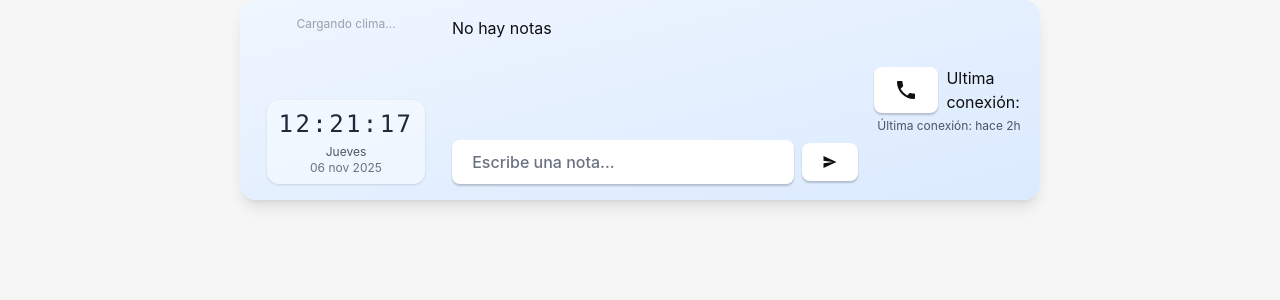
Repository: CodeByEvans/my-romantic-widget
Page: /
An editor plug-in stored every save of this project. The page is shown before and after a run of saves, followed by the edit.
The browser window is 1280 px wide. The pictures show the whole page.
The page's requests for data from a server got no answer. The project was rebuilt for these pictures with package versions that can differ from the ones it lists, and the page was loaded fresh each time. No one was signed in, and anything a server would have sent is missing. Also part of the build but not shown: vite.config.ts.

Above is the page before, as saved 2025-11-06 12:47:22.

### src/App.tsx
import "./App.css";
import { Clock } from "./components/Clock";
import { WeatherWidget } from "./components/WeatherWidget";
import { NotesList } from "./components/NotesList";
import { NoteInput } from "./components/NoteInput";
import { CallButton } from "./components/CallButton";

function App() {
  return (
    <main className="w-[800px] h-[200px] mx-auto flex items-center justify-between gap-4 bg-gradient-to-br from-blue-50 to-blue-100 rounded-2xl shadow-lg p-4 backdrop-blur-md">
      {/* Clima y reloj */}
      <section className="flex flex-col justify-between items-center h-full w-[180px]">
        <WeatherWidget />
        <Clock />
      </section>

      {/* Notas + input */}
      <section className="flex flex-col justify-between h-full flex-1">
        <NotesList />
        <NoteInput />
      </section>

      {/* Botón de llamada */}
      <section className="flex flex-col justify-center items-center h-full w-[150px]">
        <CallButton />
        <p className="text-xs text-gray-600 mt-1">Última conexión: hace 2h</p>
      </section>
    </main>
  );
}

export default App;

### src/App.css
@import "tailwindcss";

.logo.vite:hover {
  filter: drop-shadow(0 0 2em #747bff);
}

.logo.react:hover {
  filter: drop-shadow(0 0 2em #61dafb);
}
:root {
  font-family: Inter, Avenir, Helvetica, Arial, sans-serif;
  font-size: 16px;
  line-height: 24px;
  font-weight: 400;

  color: #0f0f0f;
  background-color: #f6f6f6;

  font-synthesis: none;
  text-rendering: optimizeLegibility;
  -webkit-font-smoothing: antialiased;
  -moz-osx-font-smoothing: grayscale;
  -webkit-text-size-adjust: 100%;
}

.container {
  margin: 0;
  padding-top: 10vh;
  display: flex;
  flex-direction: column;
  justify-content: center;
  text-align: center;
}

.logo {
  height: 6em;
  padding: 1.5em;
  will-change: filter;
  transition: 0.75s;
}

.logo.tauri:hover {
  filter: drop-shadow(0 0 2em #24c8db);
}

.row {
  display: flex;
  justify-content: center;
}

a {
  font-weight: 500;
  color: #646cff;
  text-decoration: inherit;
}

a:hover {
  color: #535bf2;
}

h1 {
  text-align: center;
}

input,
button {
  border-radius: 8px;
  border: 1px solid transparent;
  padding: 0.6em 1.2em;
  font-size: 1em;
  font-weight: 500;
  font-family: inherit;
  color: #0f0f0f;
  background-color: #ffffff;
  transition: border-color 0.25s;
  box-shadow: 0 2px 2px rgba(0, 0, 0, 0.2);
}

button {
  cursor: pointer;
}

button:hover {
  border-color: #396cd8;
}
button:active {
  border-color: #396cd8;
  background-color: #e8e8e8;
}

input,
button {
  outline: none;
}

#greet-input {
  margin-right: 5px;
}

@media (prefers-color-scheme: dark) {
  :root {
    color: #f6f6f6;
    background-color: #2f2f2f;
  }

  a:hover {
    color: #24c8db;
  }

  input,
  button {
    color: #ffffff;
    background-color: #0f0f0f98;
  }
  button:active {
    background-color: #0f0f0f69;
  }
}

### src/components/Clock.tsx
import { useEffect, useState } from "react";

export const Clock = () => {
  const [time, setTime] = useState(new Date());

  useEffect(() => {
    const interval = setInterval(() => {
      setTime(new Date());
    }, 1000);
    return () => clearInterval(interval);
  }, []);

  const hours = time.getHours().toString().padStart(2, "0");
  const minutes = time.getMinutes().toString().padStart(2, "0");
  const seconds = time.getSeconds().toString().padStart(2, "0");

  const day = time.toLocaleDateString("es-ES", { weekday: "long" });
  const date = time.toLocaleDateString("es-ES", {
    day: "2-digit",
    month: "short",
    year: "numeric",
  });

  return (
    <div className="bg-white/40 rounded-xl shadow-sm px-3 py-2 flex flex-col items-center justify-center">
      <p className="text-2xl font-mono tracking-widest text-gray-800">
        {hours}:{minutes}:{seconds}
      </p>
      <p className="text-xs text-gray-600 mt-1 capitalize">{day}</p>
      <p className="text-xs text-gray-500">{date}</p>
    </div>
  );
};

### src/components/WeatherWidget.tsx
import { useWeather } from "../hooks/useWeather";

export const WeatherWidget = () => {
  const { data, loading, errorWeather } = useWeather();

  if (errorWeather)
    return <div className="text-xs text-red-400">{errorWeather}</div>;
  if (loading || !data)
    return <div className="text-xs text-gray-400">Cargando clima...</div>;

  const [city, info] = Object.entries(data)[0] || [];
  const temp = Math.round(info.main.temp);

  return (
    <div className="flex flex-col items-center justify-center bg-white/40 rounded-xl shadow-sm px-3 py-2">
      <h2 className="text-xs font-semibold text-gray-700">{city}</h2>
      <p className="text-2xl font-bold text-gray-800">{temp}°C</p>
    </div>
  );
};

### src/components/NotesList.tsx
import { useRealTimeNotes } from "../hooks/useRealTimeNotes";

export const NotesList = () => {
  const notes = useRealTimeNotes();

  const sortedNotes = [...notes].sort(
    (a, b) =>
      new Date(b.created_at).getTime() - new Date(a.created_at).getTime()
  );

  const noteToShow = sortedNotes[0];

  if (!noteToShow) return <div>No hay notas</div>;

  return (
    <div className="flex flex-col gap-4  overflow-y-auto w-max min-w-[200px] max-w-md p-4 bg-white bg-opacity-30 backdrop-blur-md rounded-xl">
      <div>
        <div className="flex justify-between items-center mb-1">
          <h3 className="font-bold text-lg text-left text-gray-500">
            {noteToShow.from}
          </h3>
          <small className="text-xs text-right text-gray-400">
            {new Date(noteToShow.created_at).toLocaleString()}
          </small>
        </div>
        <p className="text-left text-gray-500">{noteToShow.message}</p>
      </div>
    </div>
  );
};

### src/components/NoteInput.tsx
import { IoMdSend } from "react-icons/io";

export const NoteInput = () => {
  return (
    <form className="flex items-center gap-2 mt-2">
      <input
        type="text"
        placeholder="Escribe una nota..."
        className="flex-1 text-sm px-2 py-1 rounded-lg bg-white/20 text-gray-800 placeholder-gray-500 focus:outline-none"
      />
      <button
        type="submit"
        className="p-2 bg-blue-500 rounded-full text-white hover:bg-blue-600"
      >
        <IoMdSend size={16} />
      </button>
    </form>
  );
};

### src/components/CallButton.tsx
import { IoMdCall } from "react-icons/io";

export const CallButton = () => {
  return (
    <div className="flex flex-raw items-center gap-2">
      <button className="p-2 bg-blue-500 rounded-full text-white hover:bg-blue-600">
        <IoMdCall size={24} />
      </button>
      <p>Ultima conexión: </p>
    </div>
  );
};

export default CallButton;

### src/hooks/useWeather.ts
import { useEffect, useState } from "react";
import {
  getCityByCoordinates,
  getWeatherByCity,
} from "../services/weatherService";
import { WeatherData } from "../types/weather";
import { useGeolocation } from "./useGeolocation";

export const useWeather = () => {
  const { coords, error } = useGeolocation();
  const [data, setData] = useState<Record<string, WeatherData> | null>(null);
  const [loading, setLoading] = useState<boolean>(false);
  const [errorWeather, setErrorWeather] = useState<string | null>(null);

  useEffect(() => {
    if (error) setErrorWeather(error);
  }, [error]);

  useEffect(() => {
    if (!coords) return;

    const fetchWeather = async () => {
      setLoading(true);
      try {
        const city = await getCityByCoordinates(
          coords.latitude,
          coords.longitude
        );
        const weather = await getWeatherByCity(city[0].name);
        setData({ [city[0].name]: weather });
      } catch (error) {
        console.error(error);
      } finally {
        setLoading(false);
      }
    };

    fetchWeather();
  }, [coords]);

  return { data, loading, errorWeather };
};

### src/hooks/useRealTimeNotes.ts
import { useEffect, useState } from "react";
import z from "zod";
import { supabase } from "../services/supabaseClient";

const noteSchema = z.object({
  id: z.number(),
  from: z.string(),
  message: z.string(),
  created_at: z.string(),
});

type Note = z.infer<typeof noteSchema>;

export const useRealTimeNotes = () => {
  const [notes, setNotes] = useState<Note[]>([]);

  useEffect(() => {
    // Cargar notas iniciales
    supabase
      .from<"notes", Note>("notes")
      .select("*")
      .then(({ data, error }) => {
        if (data) {
          setNotes(data);
          console.log("Notas cargadas:", data);
        } else {
          console.error("Error fetching notes:", error);
        }
      });

    // Suscripción en tiempo real
    const channel = supabase
      .channel("public:notes")
      .on(
        "postgres_changes",
        { event: "*", schema: "public", table: "notes" },
        (payload) => {
          console.log("Cambio dettectado:", payload);

          if (payload.eventType === "INSERT") {
            const newNote = noteSchema.parse(payload.new);
            setNotes((prevNotes) => [...prevNotes, newNote]);
            console.log("Nota añadida:", newNote);
          } else if (payload.eventType === "UPDATE") {
            setNotes((prev) =>
              prev.map((note) =>
                note.id === payload.new.id
                  ? noteSchema.parse(payload.new)
                  : note
              )
            );
          } else if (payload.eventType === "DELETE") {
            setNotes((prev) =>
              prev.filter((note) => note.id !== payload.old.id)
            );
          }
        }
      )
      .subscribe();

    return () => {
      supabase.removeChannel(channel);
    };
  }, []);

  return notes;
};

### src/services/weatherService.ts
import { envs } from "../config/envs";

export const getWeatherByCity = async (city: string) => {
  const response = await fetch(
    `https://api.openweathermap.org/data/2.5/weather?q=${city}&appid=${envs.openWeatherApiKey}&units=metric`
  );

  if (!response.ok) {
    throw new Error("No se pudo obtener el clima");
  }
  return response.json();
};

export const getCityByCoordinates = async (lat: number, lon: number) => {
  const response = await fetch(
    `https://api.openweathermap.org/geo/1.0/reverse?lat=${lat}&lon=${lon}&limit=1&appid=${envs.openWeatherApiKey}`
  );

  if (!response.ok) {
    throw new Error("No se pudo obtener la ciudad");
  }

  return response.json();
};

### src/hooks/useGeolocation.ts
import { useEffect, useState } from "react";

export const useGeolocation = () => {
  const [coords, setCoords] = useState<{
    latitude: number;
    longitude: number;
  } | null>(null);
  const [error, setError] = useState<string | null>(null);

  useEffect(() => {
    if (!navigator.geolocation) {
      setError("Geolocalización no soportada por el navegador");
      return;
    }

    navigator.geolocation.getCurrentPosition(
      (position) => {
        setCoords({
          latitude: position.coords.latitude,
          longitude: position.coords.longitude,
        });
      },
      (err) => {
        setError(`Error obteniendo la geolocalización: ${err.message}`);
      }
    );
  }, []);

  return { coords, error };
};

### src/services/supabaseClient.ts
import { createClient } from "@supabase/supabase-js";
import { envs } from "../config/envs";

export const supabase = createClient(envs.supabaseUrl, envs.supabaseAnonKey, {
  realtime: {
    params: {
      eventsPerSecond: 10,
    },
  },
});

### src/config/envs.ts
import * as z from "zod";

const envSchema = z.object({
  VITE_SUPABASE_URL: z.string().url(),
  VITE_SUPABASE_ANON_KEY: z.string().min(1),
  VITE_OPEN_WEATHER_API_KEY: z.string().min(1),
});

const parsed = envSchema.parse(import.meta.env);

export const envs = {
  supabaseUrl: parsed.VITE_SUPABASE_URL,
  supabaseAnonKey: parsed.VITE_SUPABASE_ANON_KEY,
  openWeatherApiKey: parsed.VITE_OPEN_WEATHER_API_KEY,
};

Loaded but not shown: index.html (common file); src/main.tsx (common file)

After the next 2 saves:
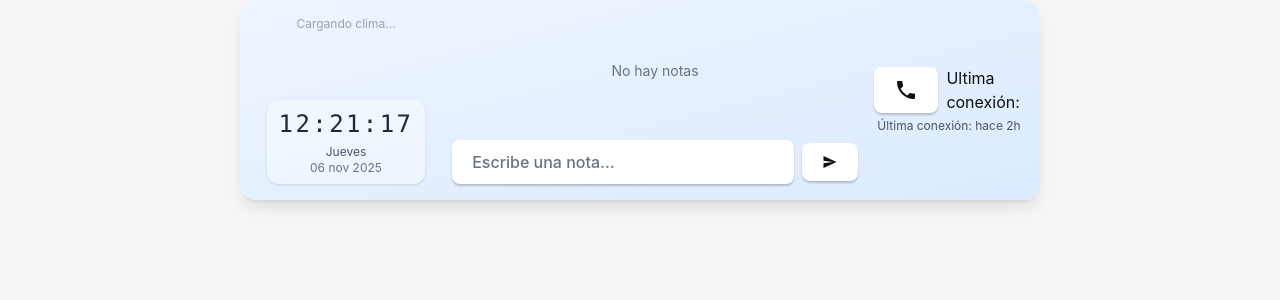
The 2 saves are shown as one change because 1 did not build or start.
The last was saved 15 s later.
--- a/src/components/NotesList.tsx
+++ b/src/components/NotesList.tsx
@@ -9,22 +9,26 @@ export const NotesList = () => {
   );
 
   const noteToShow = sortedNotes[0];
-
-  if (!noteToShow) return <div>No hay notas</div>;
+  if (!noteToShow)
+    return (
+      <div className="flex items-center justify-center h-[110px] text-gray-500 text-sm">
+        No hay notas
+      </div>
+    );
 
   return (
-    <div className="flex flex-col gap-4  overflow-y-auto w-max min-w-[200px] max-w-md p-4 bg-white bg-opacity-30 backdrop-blur-md rounded-xl">
-      <div>
-        <div className="flex justify-between items-center mb-1">
-          <h3 className="font-bold text-lg text-left text-gray-500">
-            {noteToShow.from}
-          </h3>
-          <small className="text-xs text-right text-gray-400">
-            {new Date(noteToShow.created_at).toLocaleString()}
-          </small>
-        </div>
-        <p className="text-left text-gray-500">{noteToShow.message}</p>
+    <div className="bg-white/50 rounded-xl backdrop-blur-sm shadow-inner p-3 h-[110px] overflow-hidden">
+      <div className="flex justify-between items-center mb-1">
+        <h3 className="font-semibold text-sm text-gray-700">
+          {noteToShow.from}
+        </h3>
+        <small className="text-xs text-gray-400">
+          {new Date(noteToShow.created_at).toLocaleString()}
+        </small>
       </div>
+      <p className="text-gray-700 text-sm italic line-clamp-3">
+        {noteToShow.message}
+      </p>
     </div>
   );
 };
